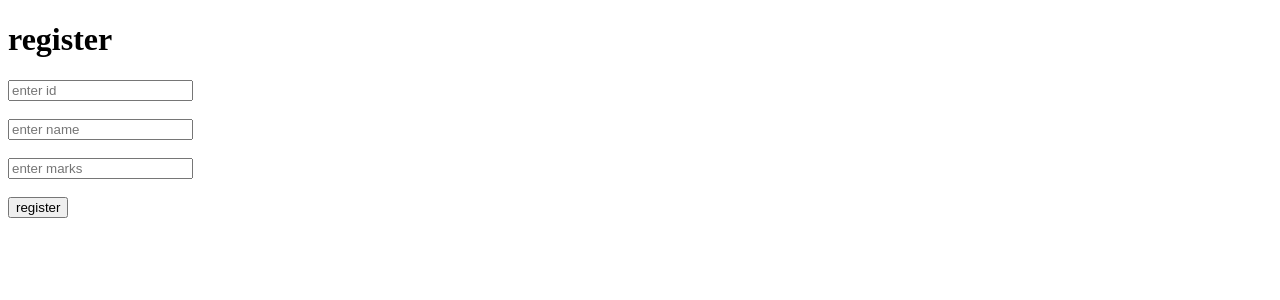
Repository: bpgujjari/Java-Logics
Page: conditional and looping programs/RathanSir/DBConApp/src/main/webapp/register.html
These files come from the project's save history. The page is drawn as it stood at one moment and after the next save; the edit follows.
The browser window is 1280 px wide. The pictures show the whole page.

Above is the page before, as saved 2023-03-11 15:15:53.

After the next save:
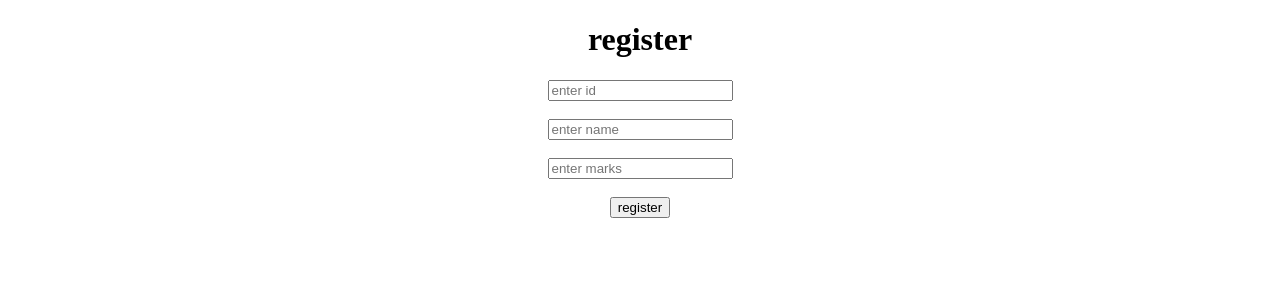
Saved 98 s later.
--- a/conditional and looping programs/RathanSir/DBConApp/src/main/webapp/register.html
+++ b/conditional and looping programs/RathanSir/DBConApp/src/main/webapp/register.html
@@ -1,6 +1,6 @@
 <!DOCTYPE html>
 <html>
-<body>
+<body style="text-align: center;">
 <form method="post" action="DBCon">
 <h1>register</h1>
 <input type="number" name="id" placeholder="enter id"><br><br>
